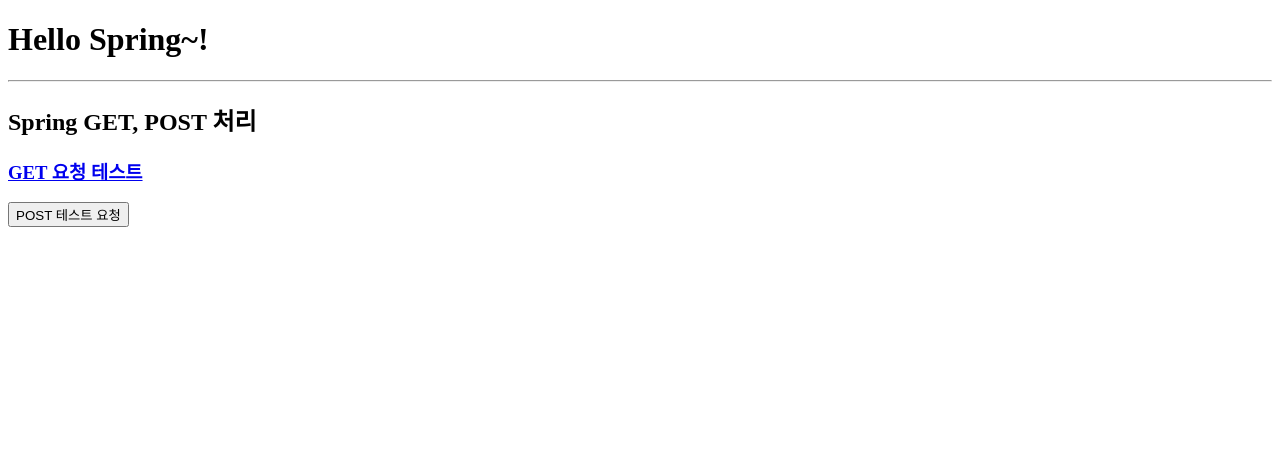
Repository: wona-owo/Spring
Page: http://localhost/00_spring/
The author's editor kept a copy of each file at every save. The page is drawn from the files as they stood at one save, then again after the next save.
The browser window is 1280 px wide. The pictures show the whole page.
The page is served by Tomcat 9. Other server files are loaded and not shown.

Above is the page before, as saved 2024-12-02 03:29:56.

### 00_spring/src/main/webapp/index.jsp
<%@ page language="java" contentType="text/html; charset=UTF-8"
    pageEncoding="UTF-8"%>
<!DOCTYPE html>
<html>
<head>
<meta charset="UTF-8">
<title>Insert title here</title>
</head>
<body>
	<h1>Hello Spring~!</h1>

	<%--

	Framework : 개발에 필요한 기본적인 기능들을 일정한 구조와 규칙대로 미리 구현해둔 틀
	            개발자가 효율적으로 애플리케이션을 만들 수 있도록 재사용 가능한 코드들과 도구들의 집합.

    Spring Framework : Java 기반의 엔터프라이즈급(기업용 or 대규모) 애플리케이션을 개발하기 위한 경량 프레임워크

    Maven : 자바용 프로젝트 빌드 관리 도구.
            기존 라이브러리 파일들을 다운로드 받아서 /WRB-INF/lib 추가하는 방식에서,
            pom.xml (Project Object Model) 파일에 자바 버전이나 라이브러리 버전 정보를 추가해서 통합하여 관리하는 방식.

    Ioc와 DI

    - Ioc (Inversion of Control) : 제어의 역전 or 제어의 역행이라는 의미.
    							   Spring framework에서 객체들을 Bean이라고 얘기한다.
    							   프로그램 구동에 필요한 객체들을 IoC 컨테이너가 관리한다.
    - DI : 의존성 주입이라는 의미를 가짐. IoC 컨테이너가 관리하는 Bean을 자동으로 읽어와 객체에 주입

	Spring MVC
	  - DispatcherServlet : 유일한 서블랫 클래스로써, 클라이언트 요청이 들어오면 컨트롤러에 해당 요청을 위임하는 역할
	  - HandlerMapping : 각 컨트롤러 메소드별 URL 정보를 가지고 있다가, DispatcherServlet이 적절한 컨트롤러에 요청할 수 있도록 지원함.
	  - Controller : 클라이언트 요청에 대해 처리하고, 적절한 View나 Model을 반환하는 역할.
	  - ViewResolver : 컨트롤러가 반환하는 논리적인 뷰 이름을 실제 뷰 페이지 경로로 변환하는 역할.
	 --%>

	 <hr>

	 <h2>Spring GET, POST 처리</h2>

	 <h3><a href="/getTest.kh">GET 요청 테스트</a></h3>
	 <form action="/postTest.kh" method="post">
	 	<input type="submit" value="POST 테스트 요청">
	 </form>
	 <%--*.kh로 세팅해놨기 때문에, kh를 붙인다. (컨트롤러로 요청) --%>

</body>
</html>

After the next save:
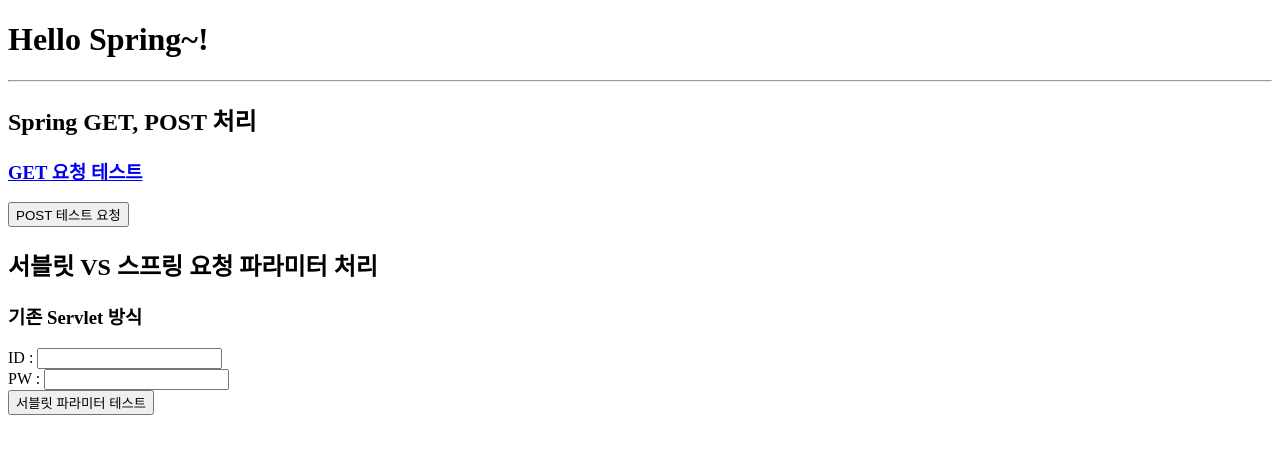
Saved 10 min 5 s later.
--- a/00_spring/src/main/webapp/index.jsp
+++ b/00_spring/src/main/webapp/index.jsp
@@ -44,5 +44,13 @@
 	 </form>
 	 <%--*.kh로 세팅해놨기 때문에, kh를 붙인다. (컨트롤러로 요청) --%>
 
+	 <h2>서블릿 VS 스프링 요청 파라미터 처리</h2>
+
+	 <h3>기존 Servlet 방식</h3>
+	 <form action="servletParamTest.kh" method="get">
+	 	ID : <input type="text" name="testId"> <br>
+	 	PW : <input type="text" name="testPw"> <br>
+	 	<input type="submit" value="서블릿 파라미터 테스트">
+	 </form>
 </body>
 </html>
